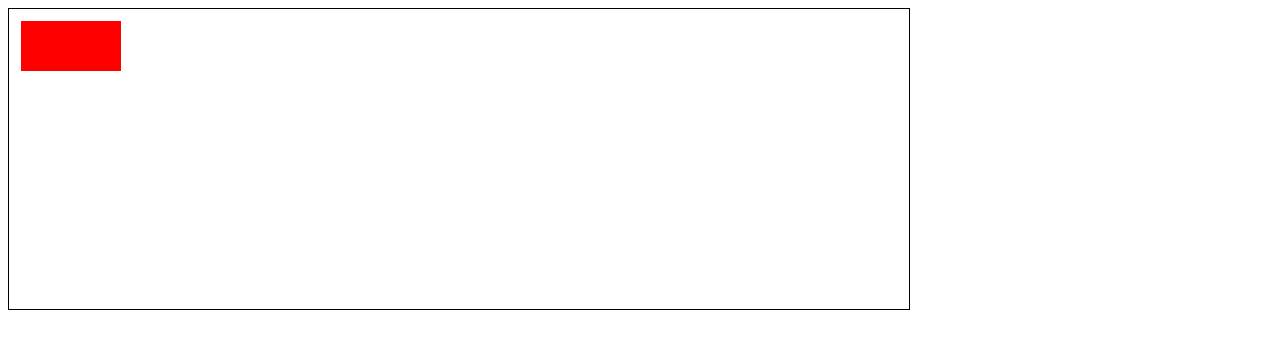
Repository: 0Memo/serpent
Page: index.html
The author's editor kept a copy of each file at every save. The page is drawn from the files as they stood at one save, then again after the next save.
The browser window is 1280 px wide. The pictures show the whole page.

Above is the page before, as saved 2020-12-16 07:24:19.

### index.html
<!DOCTYPE html>
<html lang="es">
    <head>
        <meta charset="UTF-8">
        <meta name="viewport" content="width=device-width, initial-scale=1.0">
        <title>Juego de la serpiente></title>
    </head>
    <body>

        <script src="js/script.js"></script>
    </body>
</html>

### js/script.js
window.onload = function(){
    var canvas;
    var ctx;
    var delay = 1000;
    var xCoord = 0;
    var yCoord = 0;

    init();

    function init(){
        canvas = document.createElement('canvas');
        canvas.width = 900;
        canvas.height = 300;
        canvas.style.border = "1px solid";
        document.body.appendChild(canvas);
        ctx = canvas.getContext('2d');
        refreshCanvas();

    }

    function refreshCanvas(){
        xCoord += 2;
        yCoord += 2;
        ctx.clearRect(0, 0, canvas.width, canvas.height);
        ctx.fillStyle = "#ff0000";
        ctx.fillRect(xCoord, yCoord, 100, 50);
        setTimeout(refreshCanvas,delay);
    }
}

After the next save:
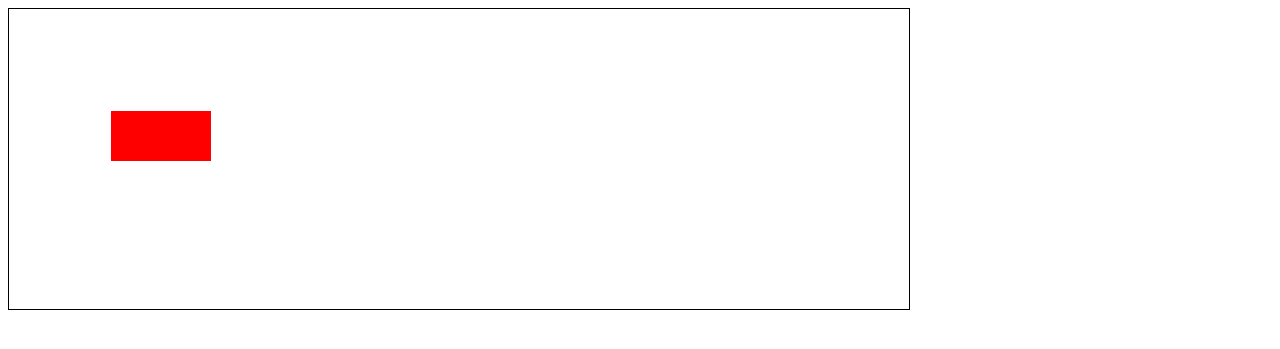
Saved 27 s later.
--- a/js/script.js
+++ b/js/script.js
@@ -1,7 +1,7 @@
 window.onload = function(){
     var canvas;
     var ctx;
-    var delay = 1000;
+    var delay = 100;
     var xCoord = 0;
     var yCoord = 0;
 

After the save that followed:
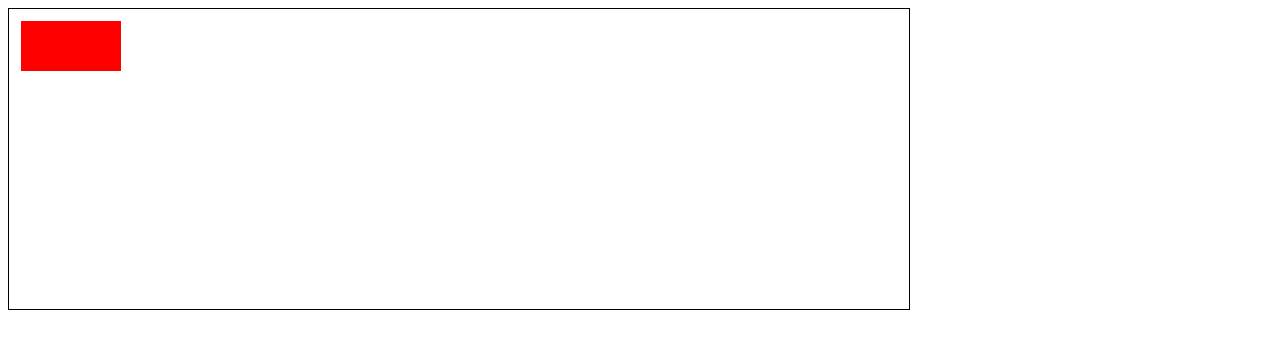
Saved 12 s later.
--- a/js/script.js
+++ b/js/script.js
@@ -1,7 +1,7 @@
 window.onload = function(){
     var canvas;
     var ctx;
-    var delay = 100;
+    var delay = 1000;
     var xCoord = 0;
     var yCoord = 0;
 
